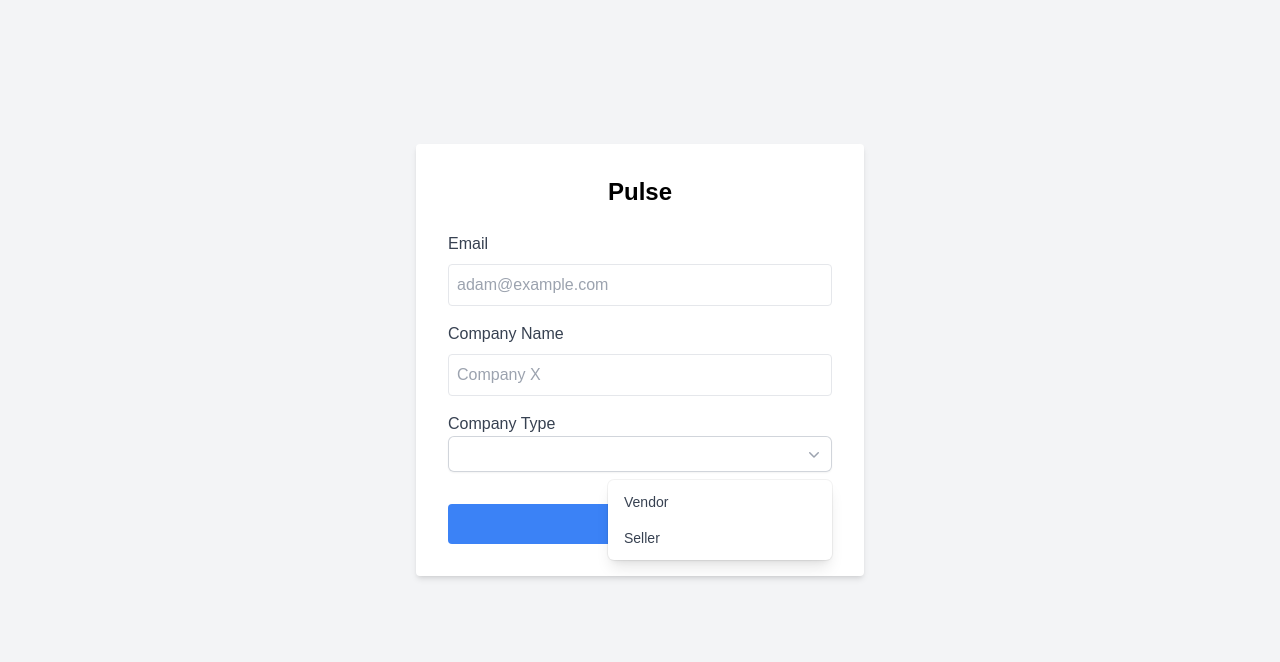
Repository: e-ndorfin/newhacks-2024
Page: / (app in pulse_site/), after clicking the first element matching `#menu-button`
The author's editor kept a copy of each file at every save. The page is drawn from the files as they stood at one save, then again after the next save.
The browser window is 1280 px wide. The pictures show the whole page.
The project was rebuilt for these pictures with package versions that can differ from the ones it lists, and the page was loaded fresh each time. The framework's server and built-in components were replaced by stand-ins that run in the browser. Also part of the build but not shown: pulse_site/next.config.mjs.

Above is the page before, as saved 2024-10-26 19:54:53.

### pulse_site/app/page.js
"use client"; // Enables client-side features like hooks

import { useState } from 'react';

export default function Home() {
  const [email, setEmail] = useState('');
  const [companyName, setCompanyName] = useState('');
  const [companyType, setCompanyType] = useState('');
  const [isOpen, setIsOpen] = useState(false);

  const handleSubmit = (e) => {
    e.preventDefault();
    // Handle the form submission, e.g., send data to API or log it
    console.log({ email, companyName, companyType });
  };

  const handleSelectType = (type) => {
    setCompanyType(type);
    setIsOpen(false); // Close dropdown after selection
  };

  return (
    <div className="flex justify-center items-center h-screen bg-gray-100">
      <form
        onSubmit={handleSubmit}
        className="bg-white p-8 rounded shadow-md w-full max-w-md"
      >
        <h2 className="text-2xl font-bold mb-6 text-center text-black">Pulse</h2>

        <div className="mb-4">
          <label className="block text-gray-700">Email</label>
          <input
            type="email"
            placeholder="adam@example.com"
            value={email}
            onChange={(e) => setEmail(e.target.value)}
            className="mt-2 p-2 w-full border rounded"
            required
          />
        </div>

        <div className="mb-4">
          <label className="block text-gray-700">Company Name</label>
          <input
            type="text"
            placeholder="Company X"
            value={companyName}
            onChange={(e) => setCompanyName(e.target.value)}
            className="mt-2 p-2 w-full border rounded"
            required
          />
        </div>

        <div className="mb-4">
          <label className="block text-gray-700">Company Type</label>

          <div className="relative">
            <div>
              <button
                type="button"
                className="inline-flex w-full justify-end gap-x-1.5 rounded-md bg-white px-3 py-2 text-sm font-semibold text-gray-900 shadow-sm ring-1 ring-inset ring-gray-300 hover:bg-gray-50"
                id="menu-button"
                aria-expanded={isOpen}
                aria-haspopup="true"
                onClick={() => setIsOpen((prev) => !prev)} // Toggle dropdown
              >
                {companyType || ""}
                <svg className="-mr-1 h-5 w-5 text-gray-400" viewBox="0 0 20 20" fill="currentColor" aria-hidden="true">
                  <path fillRule="evenodd" d="M5.22 8.22a.75.75 0 0 1 1.06 0L10 11.94l3.72-3.72a.75.75 0 1 1 1.06 1.06l-4.25 4.25a.75.75 0 0 1-1.06 0L5.22 9.28a.75.75 0 0 1 0-1.06Z" clipRule="evenodd" />
                </svg>
              </button>
            </div>

            {isOpen && (
              <div className="absolute right-0 z-10 mt-2 w-56 origin-top-right divide-y divide-gray-100 rounded-md bg-white shadow-lg ring-1 ring-black ring-opacity-5 focus:outline-none" role="menu" aria-orientation="vertical" aria-labelledby="menu-button">
                <div className="py-1" role="none">
                  <button onClick={() => handleSelectType('vendor')} className="block px-4 py-2 text-sm text-gray-700 w-full text-left" role="menuitem">
                    Vendor
                  </button>
                  <button onClick={() => handleSelectType('seller')} className="block px-4 py-2 text-sm text-gray-700 w-full text-left" role="menuitem">
                    Seller
                  </button>
                </div>
              </div>
            )}
          </div>
        </div>



        <button
          type="submit"
          className="w-full bg-blue-500 text-white p-2 rounded mt-4 hover:bg-blue-600"
        >
          Submit
        </button>
      </form>
    </div>
  );
}

Loaded but not shown: pulse_site/app/layout.js (common file); pulse_site/app/globals.css (common file); pulse_site/tailwind.config.js (common file)

After the next save:
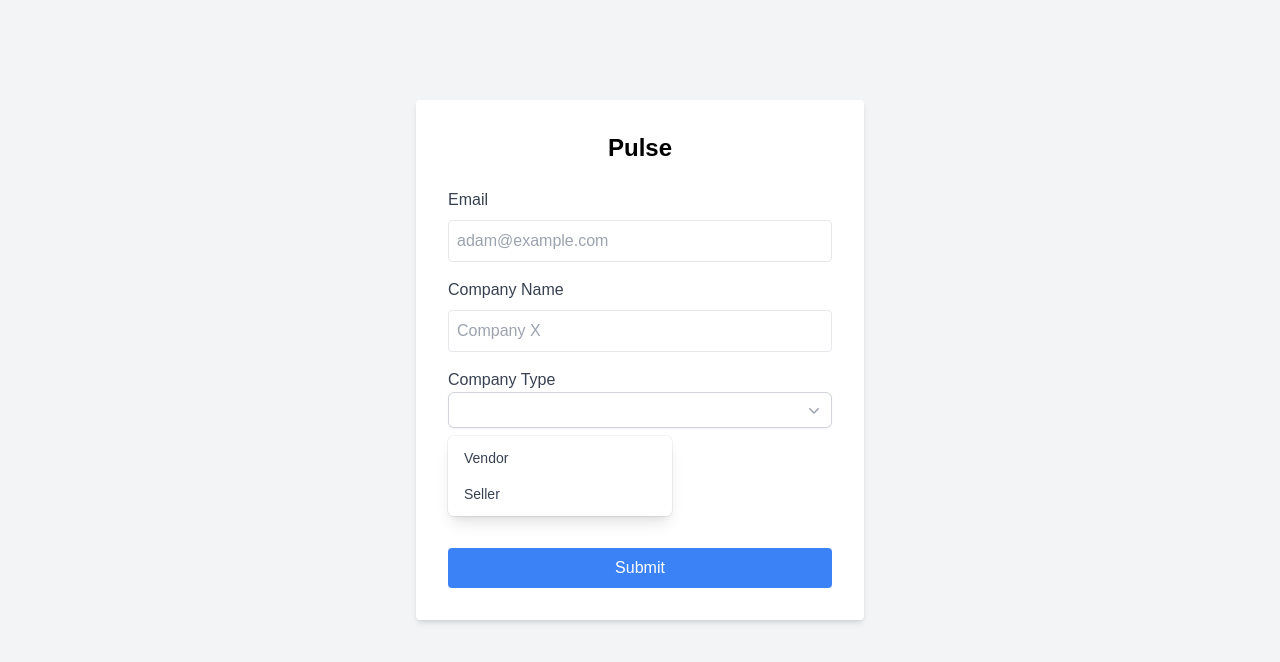
Saved 2 min 58 s later.
--- a/pulse_site/app/page.js
+++ b/pulse_site/app/page.js
@@ -72,7 +72,7 @@ export default function Home() {
             </div>
 
             {isOpen && (
-              <div className="absolute right-0 z-10 mt-2 w-56 origin-top-right divide-y divide-gray-100 rounded-md bg-white shadow-lg ring-1 ring-black ring-opacity-5 focus:outline-none" role="menu" aria-orientation="vertical" aria-labelledby="menu-button">
+              <div className="z-10 mt-2 w-56 origin-top-right divide-y divide-gray-100 rounded-md bg-white shadow-lg ring-1 ring-black ring-opacity-5 focus:outline-none" role="menu" aria-orientation="vertical" aria-labelledby="menu-button">
                 <div className="py-1" role="none">
                   <button onClick={() => handleSelectType('vendor')} className="block px-4 py-2 text-sm text-gray-700 w-full text-left" role="menuitem">
                     Vendor
